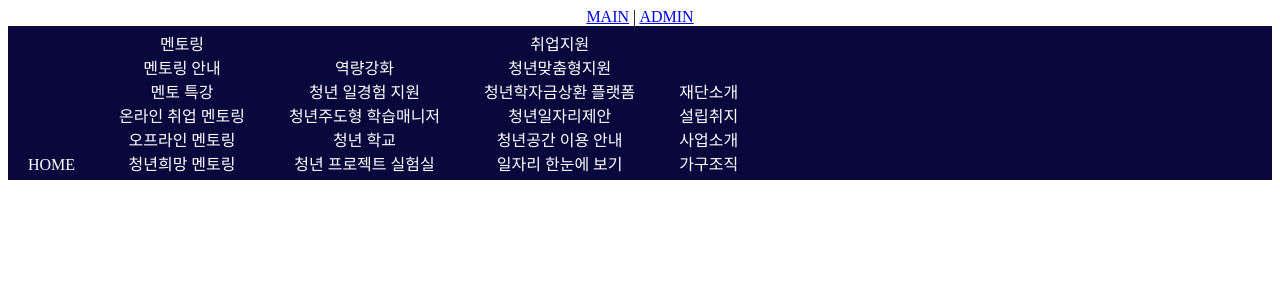
Repository: nywogud/promoPoli
Page: http://localhost/poli/WEB-INF/views/home.jsp
An editor plug-in stored every save of this project. The page is shown before and after the next save, followed by the edit.
The browser window is 1280 px wide. The pictures show the whole page.
The page is served by Tomcat 9. Nobody is signed in. Other server files are loaded and not shown. The template is opened directly, without the code that normally fills it, so the values that code supplies are empty.

Above is the page before, as saved 2021-06-29 11:53:12.

### workspace/poli/src/main/webapp/WEB-INF/views/home.jsp
<%@ page language="java" contentType="text/html; charset=UTF-8" pageEncoding="UTF-8"%>
<%@ taglib uri="http://java.sun.com/jsp/jstl/core" prefix="c" %>
<%@ page session="false" %>
<html>
<head>
	<title>main</title>
	<style>
		ul, ol, li{
			list-style: none;
			margin: 0;
			padding: 0;
		}

		ul.main{color: white; background: rgb(8,8,61);}
		ul.main > li {
			display: inline-block; width: max-content; padding: 5px 10px;
			 text-align: center; margin-left: 10px; margin-right: 10px;
		}

		ul.main > li ul.sub {/*display: none;*/}



	</style>
</head>
<body>
	<div style="text-align: center;">
		<label><a href="/">MAIN</a></label>
		<label>|</label>
		<label><a href="#">ADMIN</a></label>
	</div>
	<div id="navHovBar">
		<ul class="main">
			<li class="main1">HOME</li>
			<li class="main2">
				멘토링
				<ul class="main2Sub sub">
					<li>멘토링 안내</li>
					<li>멘토 특강</li>
					<li>온라인 취업 멘토링</li>
					<li>오프라인 멘토링</li>
					<li>청년희망 멘토링</li>
				</ul>
			</li>
			<li class="main3">
				역량강화
				<ul class="main3Sub sub">
					<li>청년 일경험 지원</li>
					<li>청년주도형 학습매니저</li>
					<li>청년 학교</li>
					<li>청년 프로젝트 실험실</li>
				</ul>
			</li>
			<li class="main4">
				취업지원
				<ul class="main4Sub sub">
					<li>청년맞춤형지원</li>
					<li>청년학자금상환 플랫폼</li>
					<li>청년일자리제안</li>
					<li>청년공간 이용 안내</li>
					<li>일자리 한눈에 보기</li>
				</ul>
			</li>
			<li class="main5">
				재단소개
				<ul class="main5Sub sub">
					<li>설립취지</li>
					<li>사업소개</li>
					<li>가구조직</li>
				</ul>
			</li>
		</ul>
	</div>
</body>
</html>

After the next save:
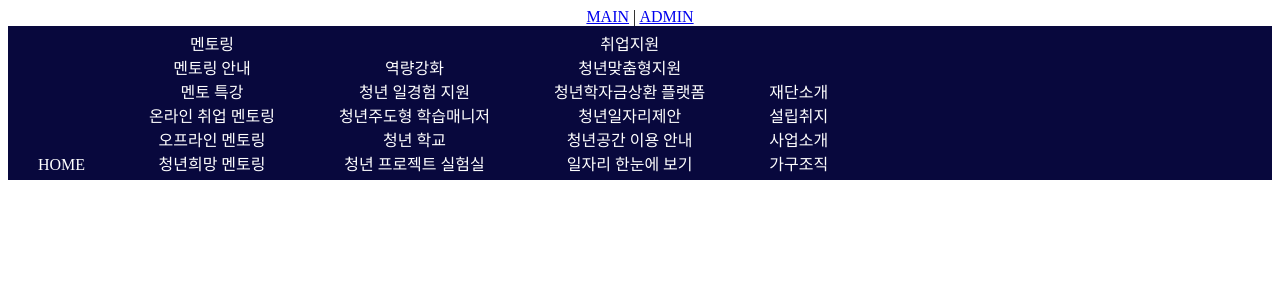
Saved 12 s later.
--- a/workspace/poli/src/main/webapp/WEB-INF/views/home.jsp
+++ b/workspace/poli/src/main/webapp/WEB-INF/views/home.jsp
@@ -14,7 +14,7 @@
 		ul.main{color: white; background: rgb(8,8,61);}
 		ul.main > li {
 			display: inline-block; width: max-content; padding: 5px 10px;
-			 text-align: center; margin-left: 10px; margin-right: 10px;
+			 text-align: center; margin-left: 20px; margin-right: 20px;
 		}
 
 		ul.main > li ul.sub {/*display: none;*/}
